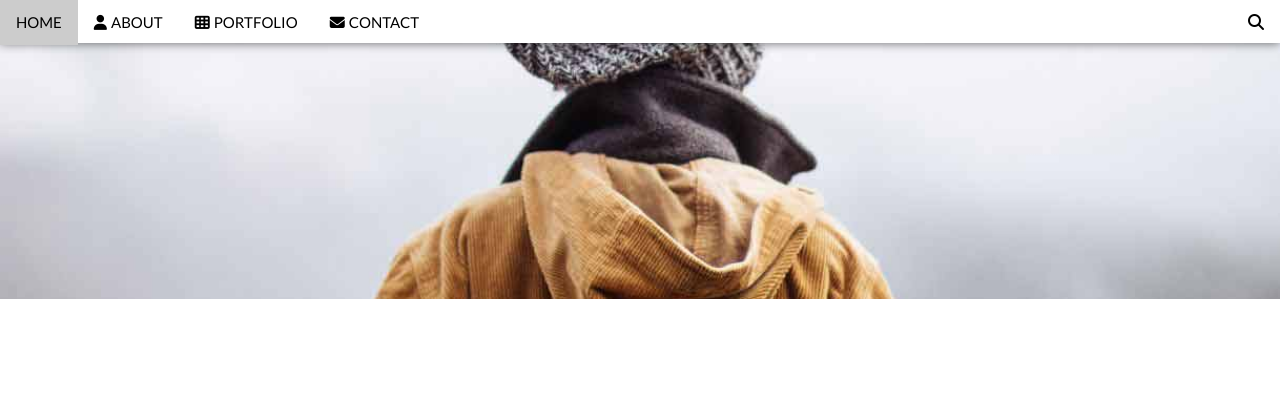
Repository: xd25vn/project-error
Page: index.html
An editor plug-in stored every save of this project. The page is shown before and after the next save, followed by the edit.
The browser window is 1280 px wide. The pictures show the whole page.

Above is the page before, as saved 2023-09-02 14:24:11.

### index.html
<html lang="en">
<head>
    <meta charset="UTF-8">
    <meta name="viewport" content="width=device-width, initial-scale=1.0">
    <title>TEMPLATE PARALLAX</title>
    <link rel="stylesheet" href="./assets/base.css">
    <link rel="stylesheet" href="./assets/main.css">
    <link rel="stylesheet" href="https://fonts.googleapis.com/css?family=Lato">
    <link rel="stylesheet" href="./assets/font/fontawesome-free-6.4.0-web/fontawesome-free-6.4.0-web/css/all.min.css">
</head>
<body>
    <!--! HEADER -->
    <header>
        <!--? NAV -->
        <ul id="nav">
            <li><a href="#">Home</a></li>
            <li><a href="#"><i class="fa-solid fa-user"></i>About</a></li>
            <li><a href="#"><i class="fa fa-th"></i>Portfolio</a></li>
            <li><a href="#"><i class="fa-solid fa-envelope"></i>contact</a></li>
        </ul>
        <div class="nav-icon-search">
            <i class="fa-solid fa-magnifying-glass"></i>
        </div>
        <!--? NAV -->
    </header>
    <!--! HEADER -->
    <!--& SIDEBAR -->
    <div id="sidebar">
        <div class="sidebar-img-one"></div>
    </div>
    <!-- & SIDEBAR -->
    <div id="content">
        <div class="about">

        </div>

        <div class="portfolio">

        </div>

        <div class="my-work">

        </div>

        <div class="contact">

        </div>

        <div class="map-work">

        </div>
    </div>

    <footer id="footer">

    </footer>
</body>
</html>

### assets/base.css
* {
    margin: 0;
    padding: 0;
    box-sizing: border-box;
}
body {
    background-color: #fff;
    font-family: "Lato", sans-serif;
}

### assets/main.css
header #nav {
    display: flex;
    height: 43px;
    width: 100%;
    background-color: #fff;
    box-shadow: 0 0 10px rgba(0, 0, 0, 0.6);
    list-style: none;
    align-items: center;
    position: relative;
}

header #nav li {
    padding: 14px 16px;
    display: block;
}

header #nav li i {
    padding-right: 4px;
}

header
#nav
li a {
    text-decoration: none;
    color: #000;
    font-size: 15px;
    text-transform: uppercase;
}

header
#nav
li:hover {
    background: #ccc;
    cursor: pointer;
}

header
.nav-icon-search
i {
    position: absolute;
    top: 0;
    right: 0;
    padding: 14px 16px;
    text-align: center;
}

header .nav-icon-search:hover i {
    background-color: #f44336 !important;
    color: #fff;
    display: block;
    cursor: pointer;
}

#sidebar .sidebar-img-one {
    background: url(../assets/image/sidebar1.jpg) center / cover no-repeat;
    padding-top: 20%;
}

Loaded but not shown: assets/font/fontawesome-free-6.4.0-web/fontawesome-free-6.4.0-web/css/all.min.css (library)

After the next save:
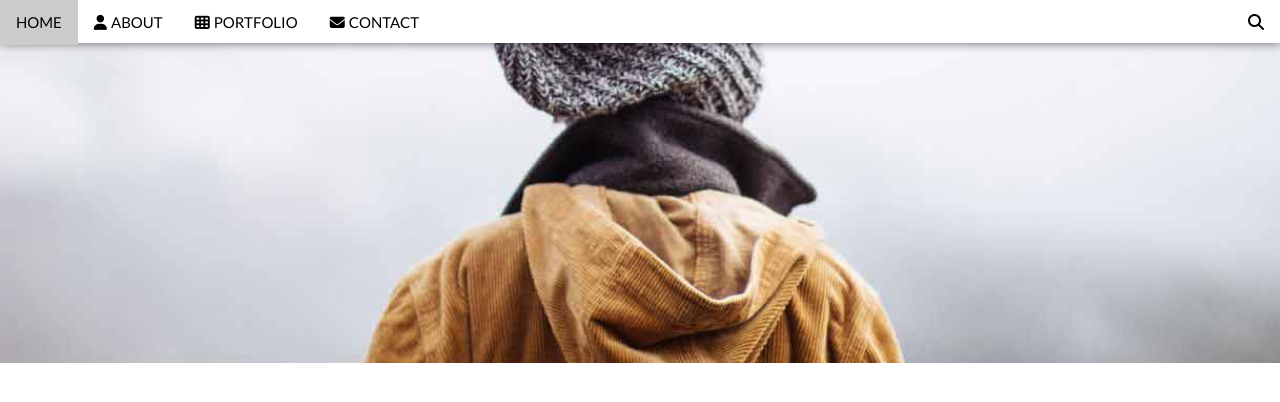
Saved 5 s later.
--- a/assets/main.css
+++ b/assets/main.css
@@ -53,5 +53,5 @@ header .nav-icon-search:hover i {
 
 #sidebar .sidebar-img-one {
     background: url(../assets/image/sidebar1.jpg) center / cover no-repeat;
-    padding-top: 20%;
+    padding-top: 25%;
 }
